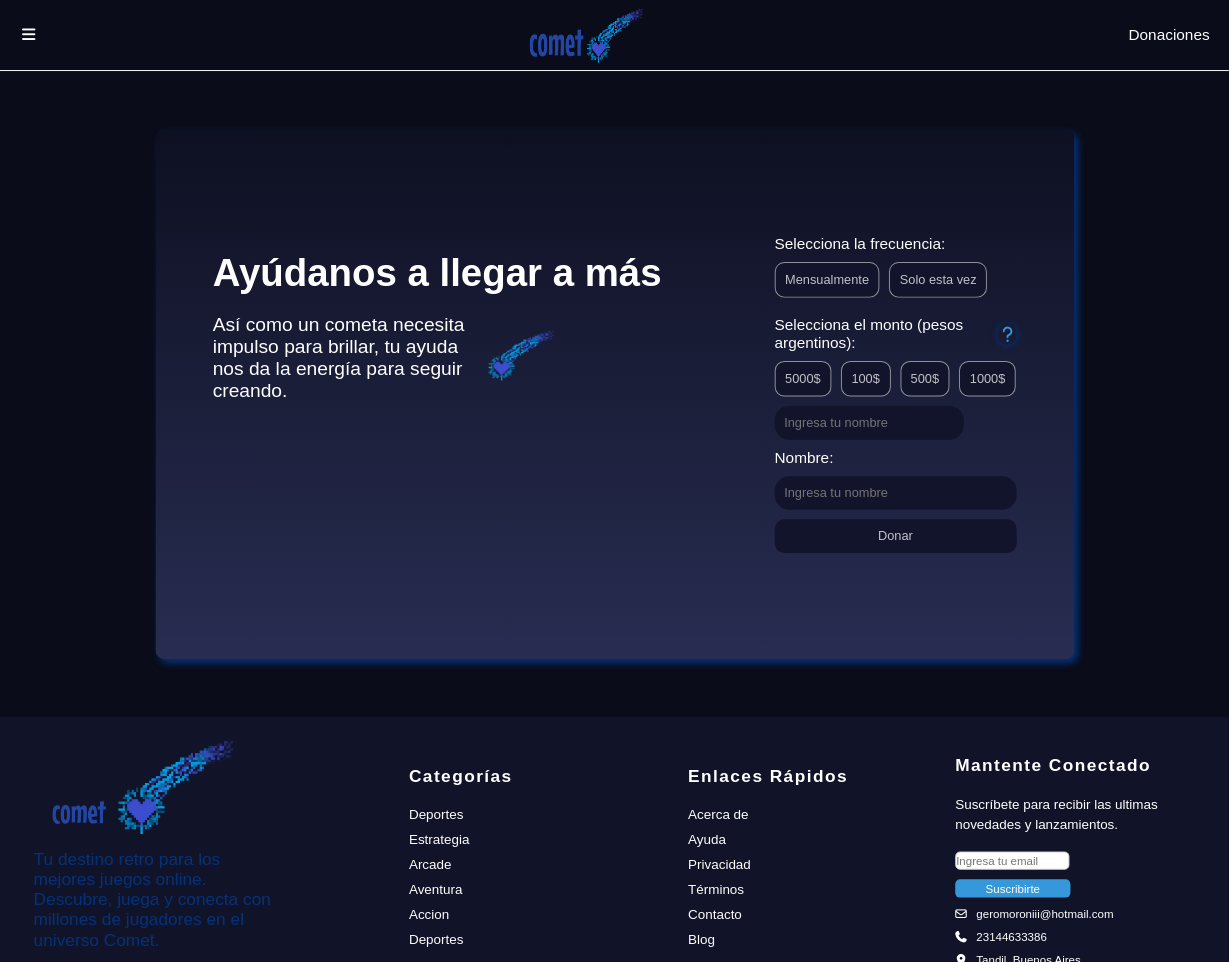
Repository: NahuCaporale/Interfaces
Page: TP2/donaciones.html
These files come from the project's save history. The page is drawn as it stood at one moment and after the next save; the edit follows.
The browser window is 1280 px wide. The pictures show the whole page, at 96% of full size.
Some web fonts or font styles are not loaded; a fallback is used. Some web libraries are served in a nearby version.

Above is the page before, as saved 2025-09-29 21:10:20.

After the next save:
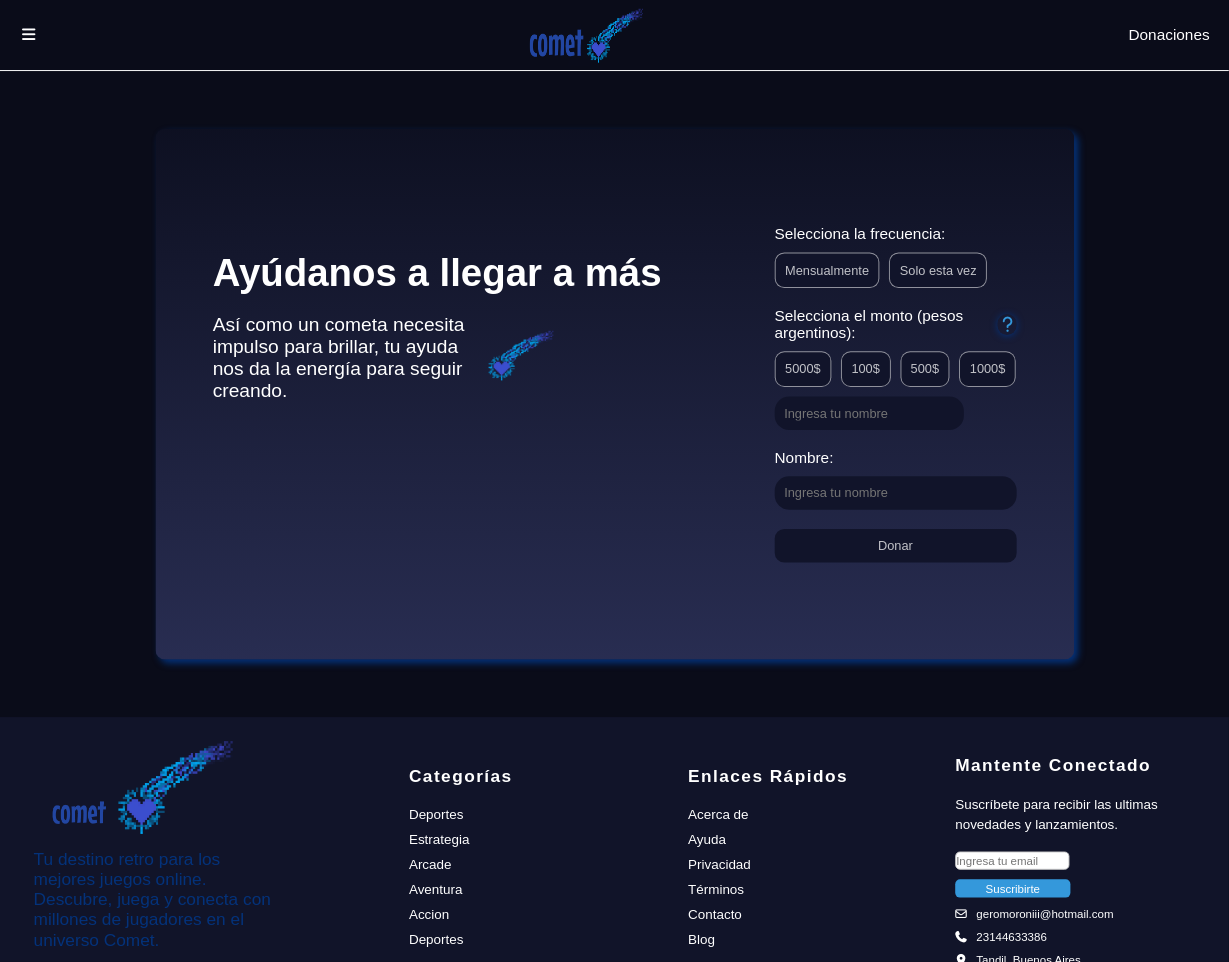
Saved 8 s later.
--- a/TP2/donaciones.html
+++ b/TP2/donaciones.html
@@ -60,7 +60,7 @@
                             <button type="button">100$</button>
                             <button type="button">500$</button>
                             <button type="button">1000$</button>
-                        <input type="text" id="donador-nombre" name="donador-nombre" placeholder="Ingresa tu nombre"
+                        <input type="text" id="donador-nombre" name="donador-nombre" placeholder="Ingresa tu nombre">
                         </div>
                     </div>
                     <div class="nombre">
